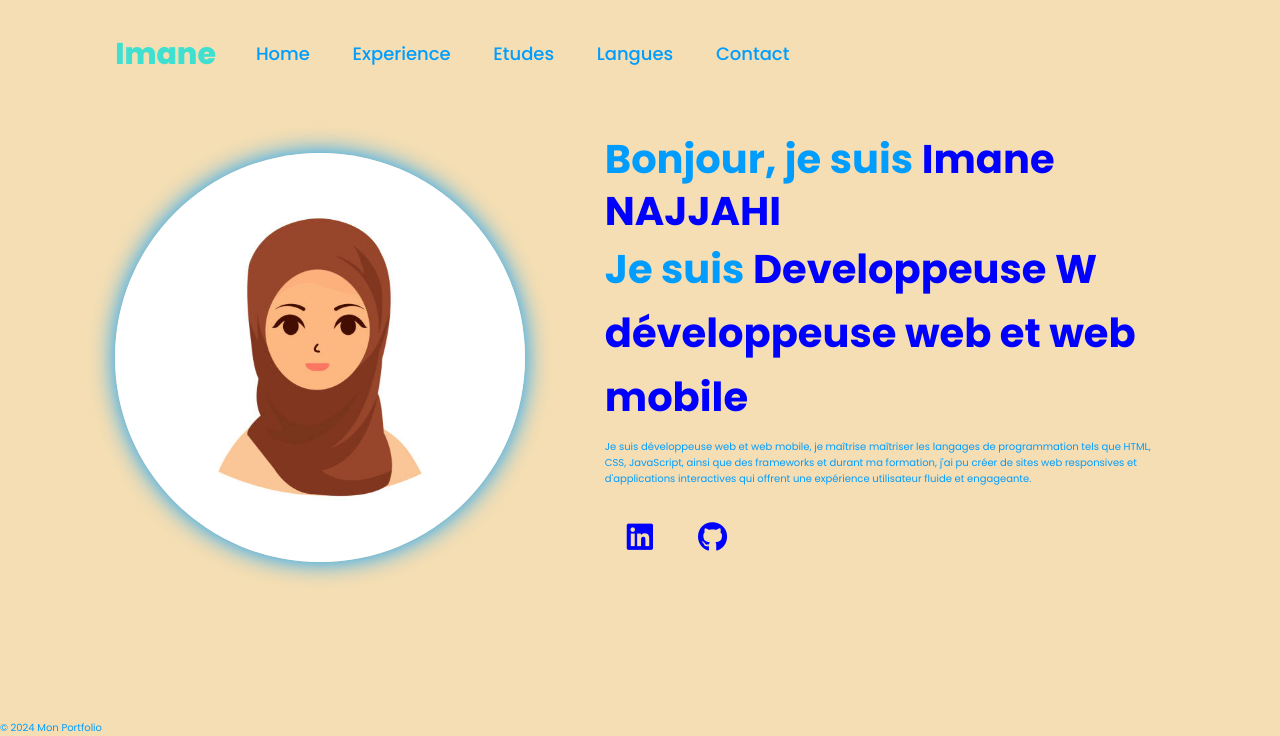
Repository: Najjahi/10mentions_web_back
Page: 02_PHP/portefolio/apropos.html
An editor plug-in stored every save of this project. The page is shown before and after the next save, followed by the edit.
The browser window is 1280 px wide. The pictures show the whole page.
Some web fonts or font styles are not loaded; a fallback is used. Some web libraries are served in a nearby version.

Above is the page before, as saved 2024-12-03 10:36:13.

After the next save:
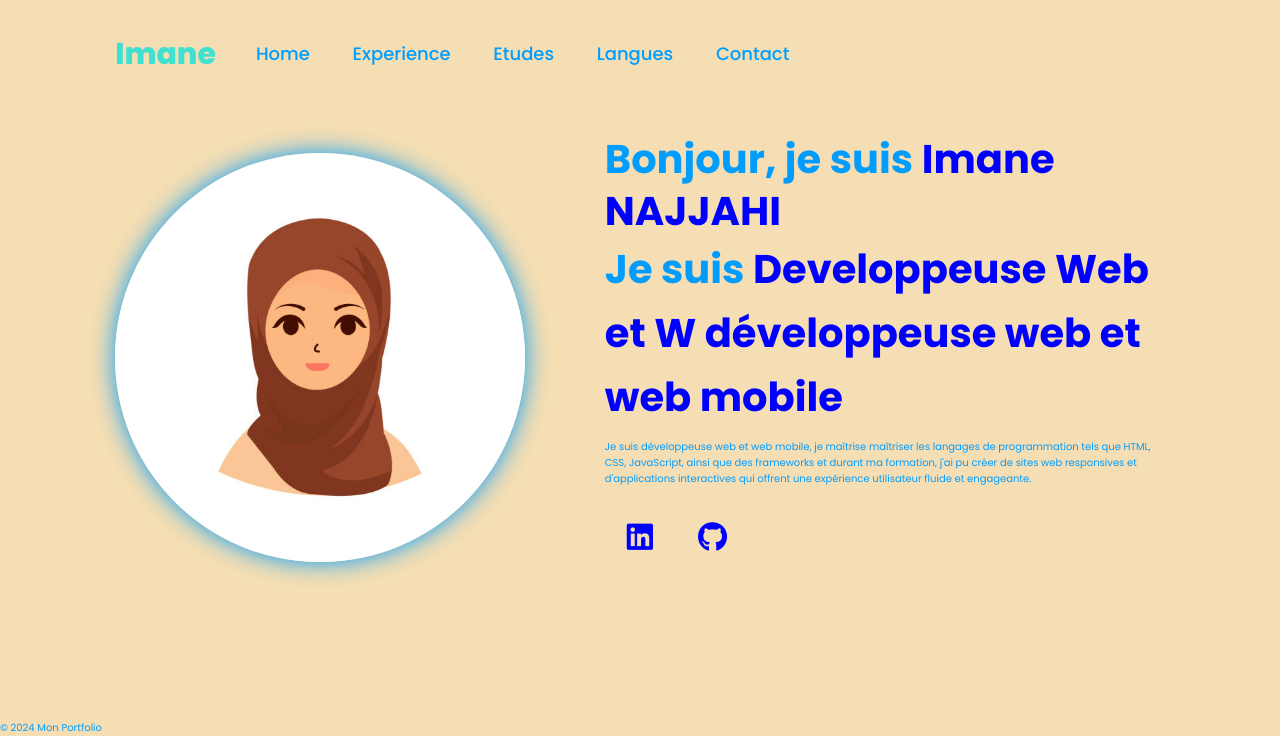
Saved 4 s later.
--- a/02_PHP/portefolio/css/style.css
+++ b/02_PHP/portefolio/css/style.css
@@ -206,6 +206,6 @@ nav a:active{
     }
 
     .typing-text span::before{
-        content: "Developpeuse W";
-
-    }
+        content: "Developpeuse Web et W";
+
+    }
